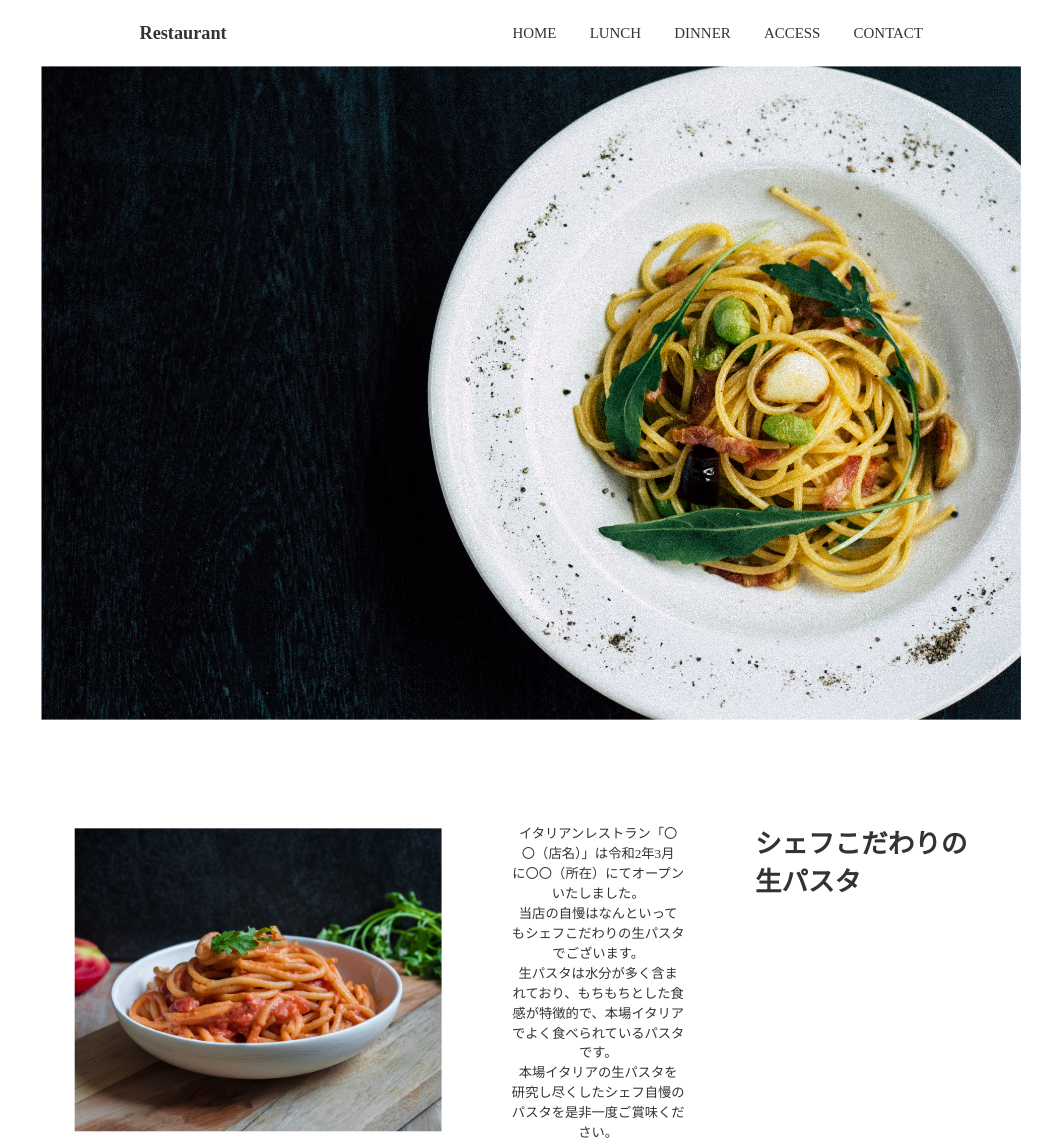
Repository: konatsu-0806/demo-site
Page: FromFigma/index.html
The author's editor kept a copy of each file at every save. The page is drawn from the files as they stood at one save, then again after the next save.
The browser window is 1280 px wide. The pictures show the whole page, at 83% of full size.

Above is the page before, as saved 2023-02-08 17:08:07.

After the next save:
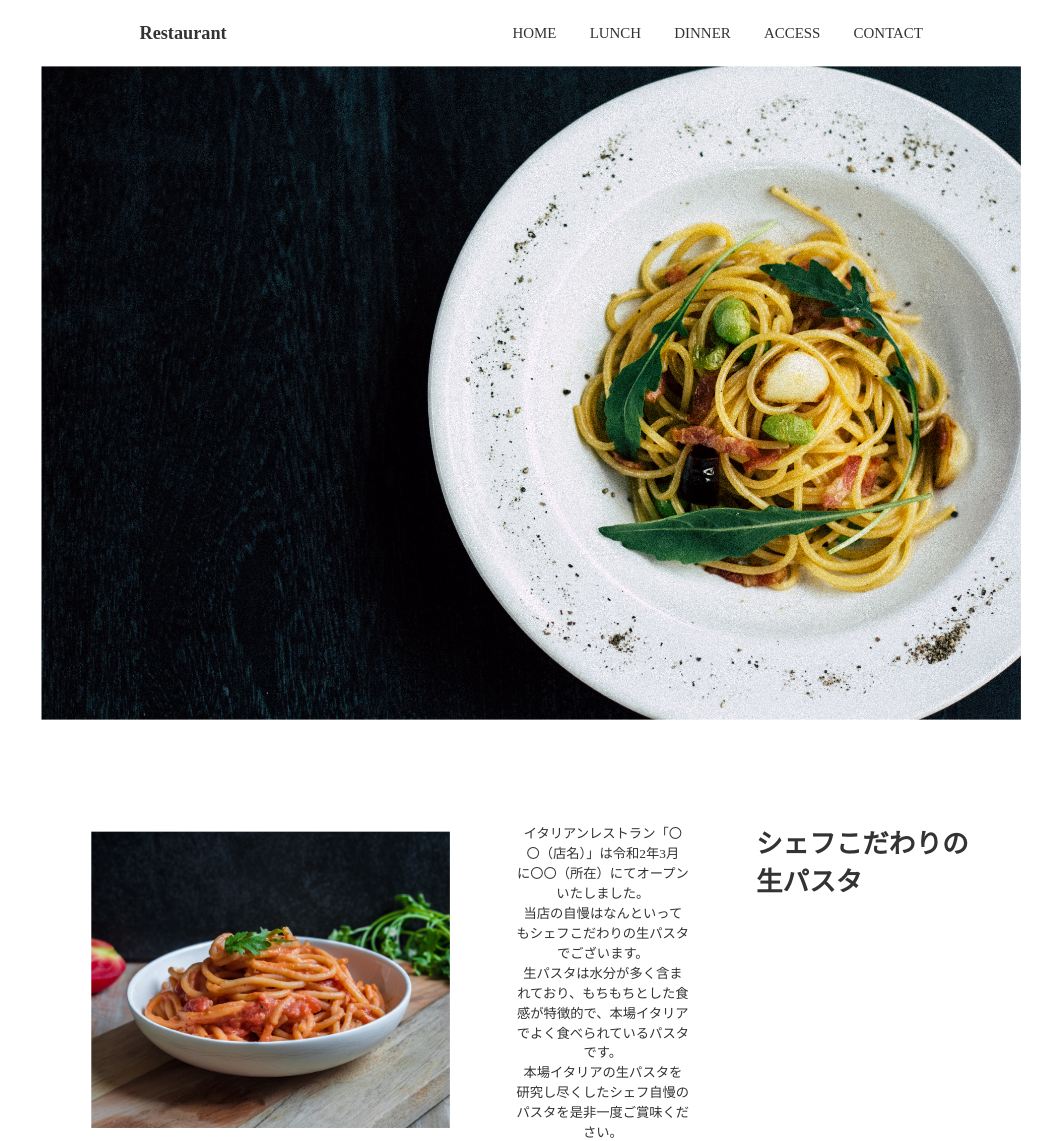
Saved 5 s later.
--- a/FromFigma/css/style.css
+++ b/FromFigma/css/style.css
@@ -118,7 +118,7 @@ img {
     width: 100%;
     max-width: 1200px;
     margin: auto;
-    padding: 120px 50px 0px ;
+    padding: 120px 50px 0px 70px;
 }
 .contents img {
     width: 100%;
